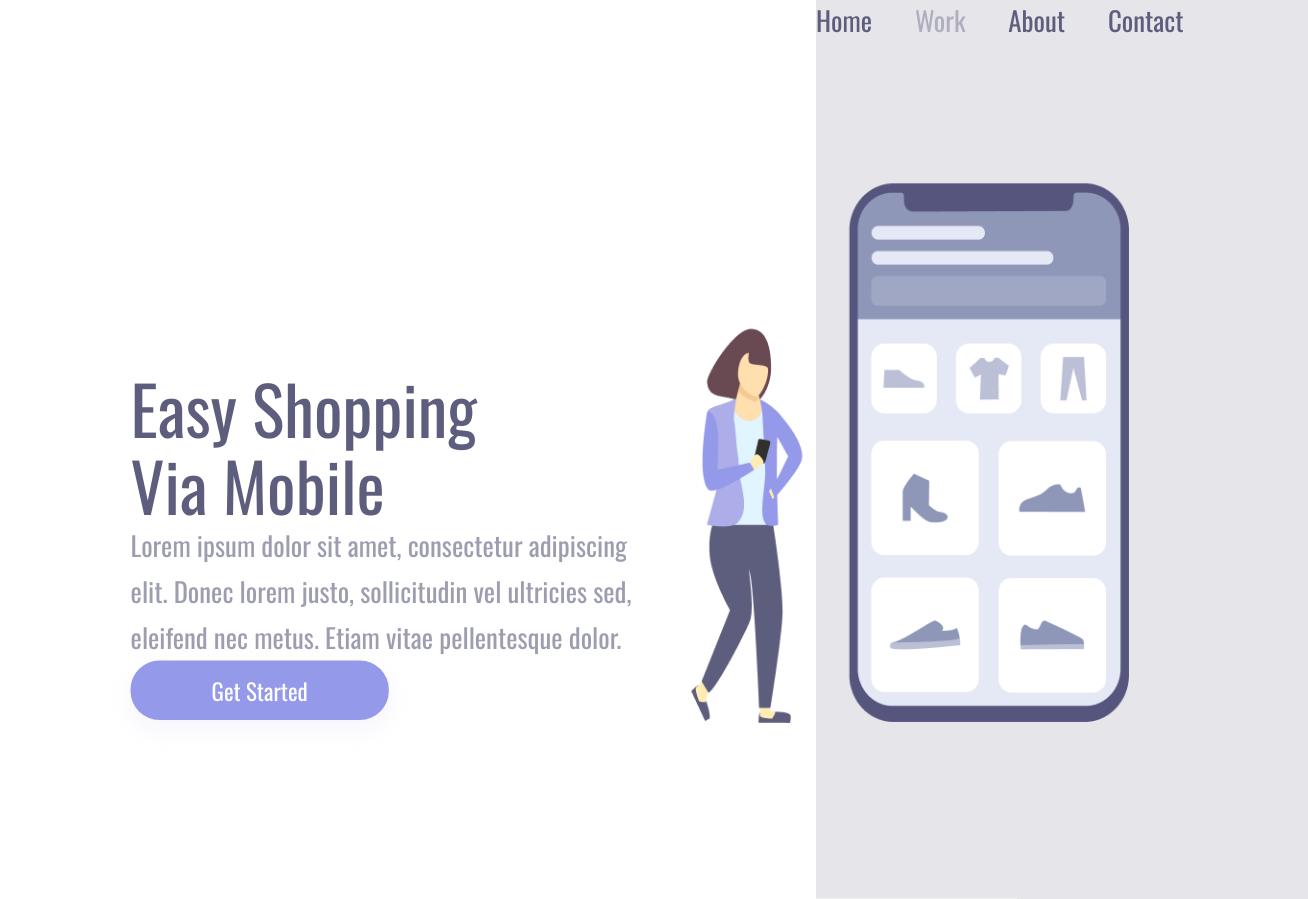
Repository: Leo-Marques-882/Projeto-Git-2
Page: index.html
These files come from the project's save history. The page is drawn as it stood at one moment and after the next save; the edit follows.
The browser window is 1280 px wide. The page is 1362 px wide, so the pictures cover 1362 px, including what lies to the right of the window. The pictures show the whole page, at 96% of full size.

Above is the page before, as saved 2023-03-07 00:20:46.

After the next save:
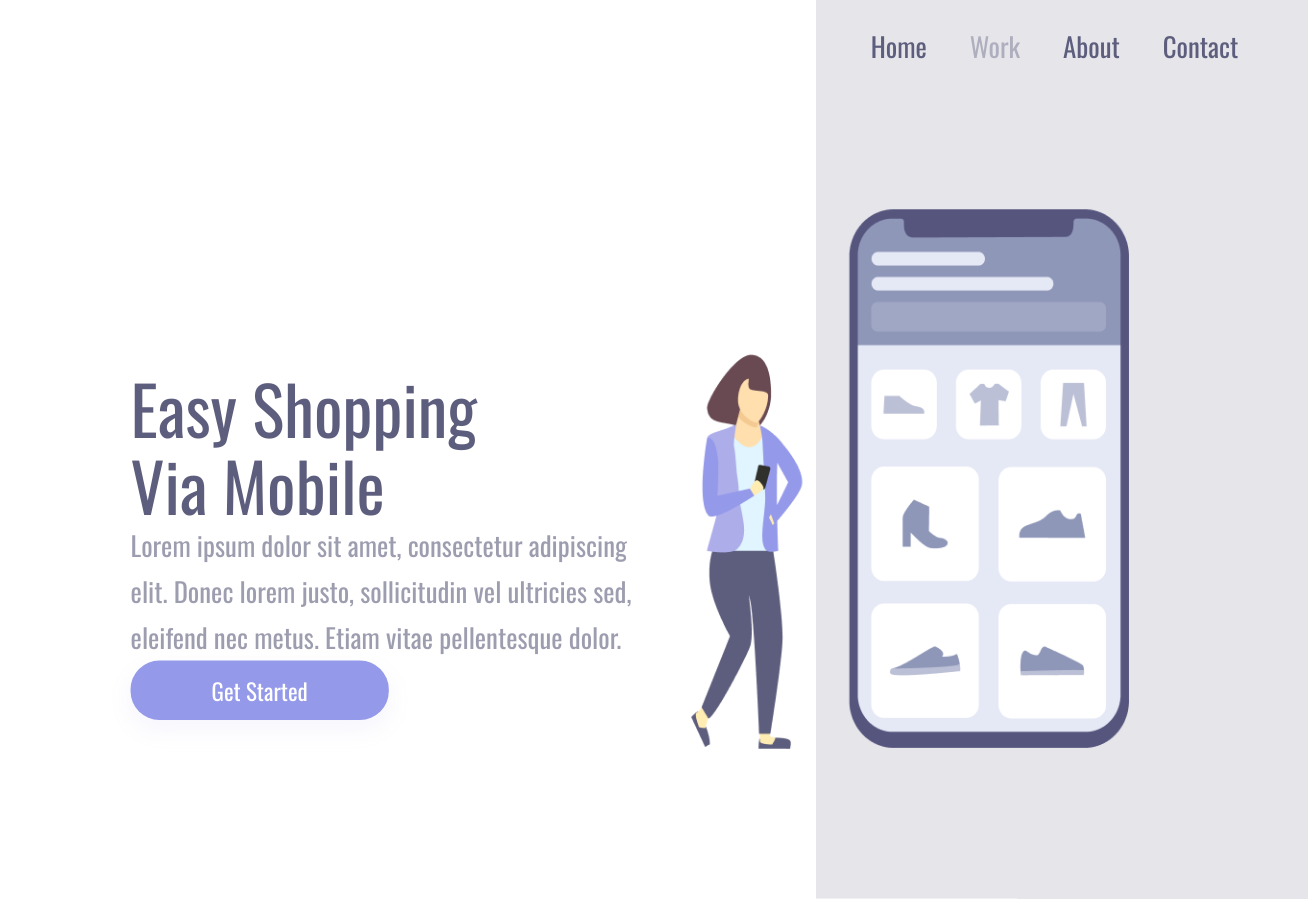
Saved 2 min 52 s later.
--- a/styless.css
+++ b/styless.css
@@ -87,3 +87,7 @@
     top: 16%;
     right: 130px;
 }
+
+header {
+    margin: 27px 0 0 57px;
+}
